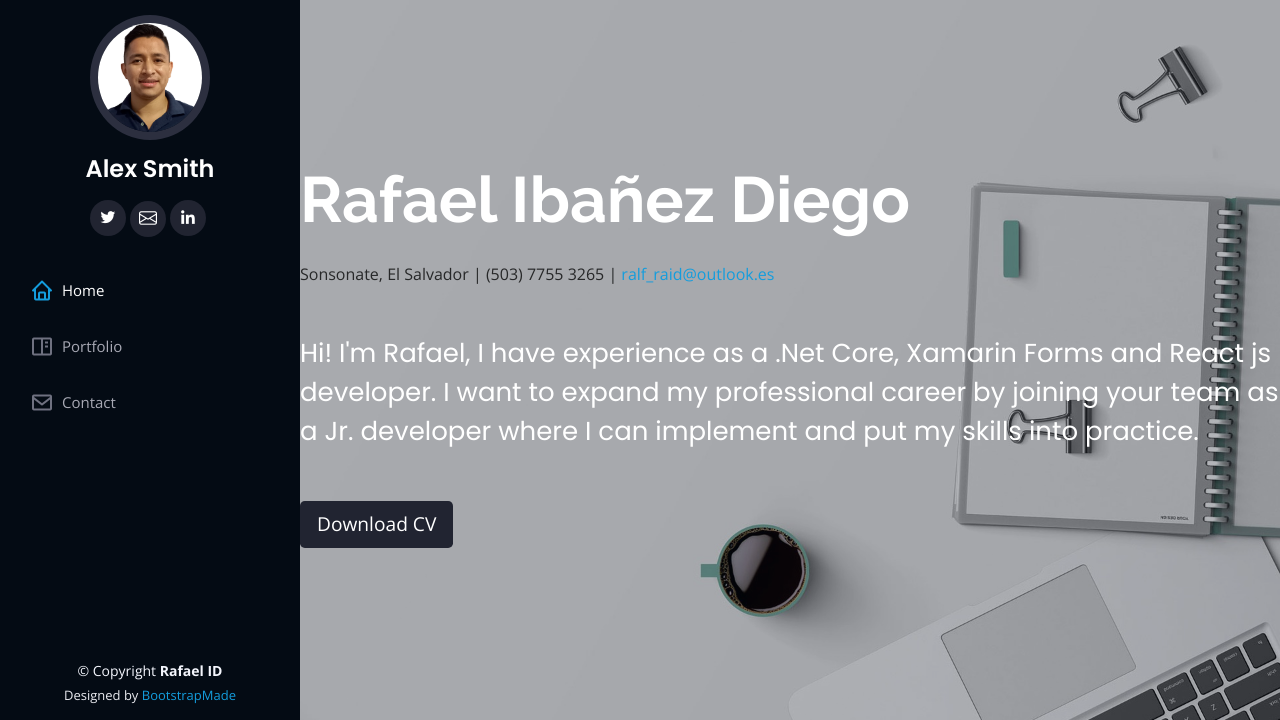
Repository: ralfId/myportfolio
Page: /
These files come from the project's save history. The page is drawn as it stood at one moment and after the next save; the edit follows.
The browser window is 1280 px wide. The pictures show the whole page.
The project was rebuilt for these pictures with package versions that can differ from the ones it lists, and the page was loaded fresh each time. Also part of the build but not shown: src/data/projects.js, src/components/Projects/ProjectItem.js, src/components/Projects/ProjectIndex.js, src/helpers/ProjectById.js, src/components/Projects/ProjectDetail.js.

Above is the page before, as saved 2021-09-20 18:07:41.

After the next save:
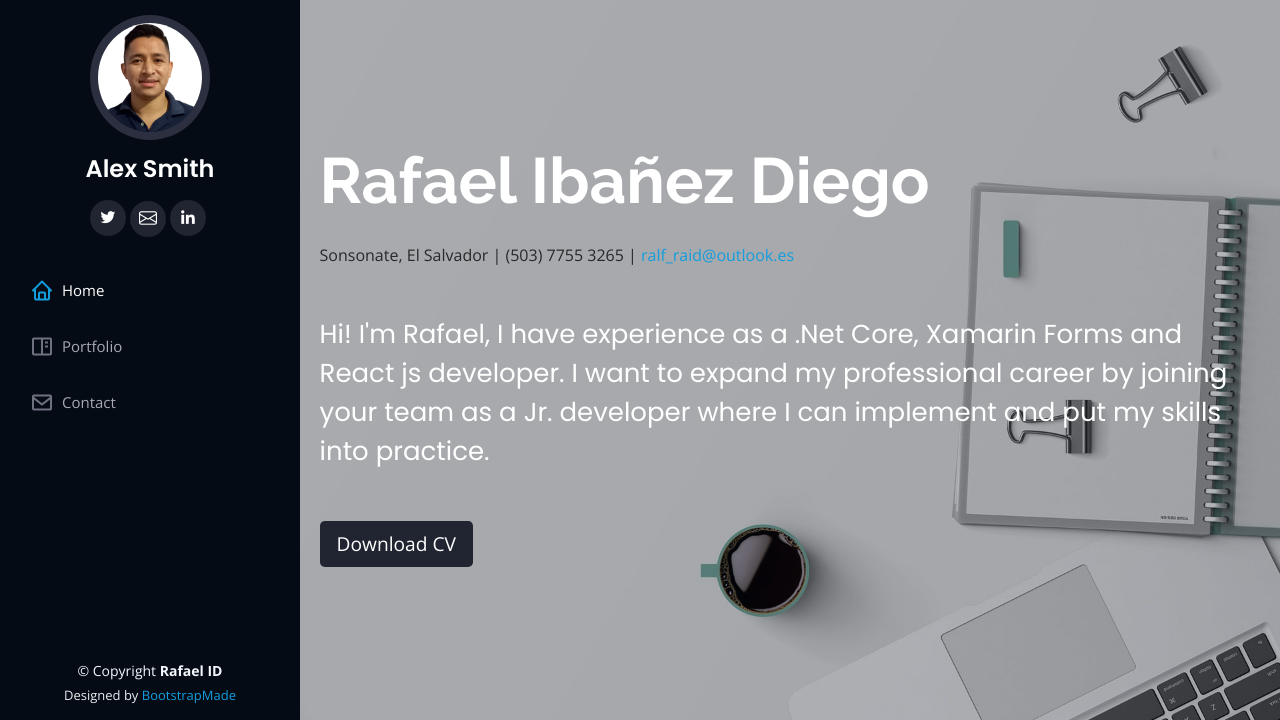
Saved 16 s later.
--- a/public/css/style.css
+++ b/public/css/style.css
@@ -259,7 +259,7 @@ h6 {
     position: relative;
     z-index: 2;
     min-width: 300px;
-    padding: auto;
+    padding: 1% 2%;
   }
 
   #hero h1 {
